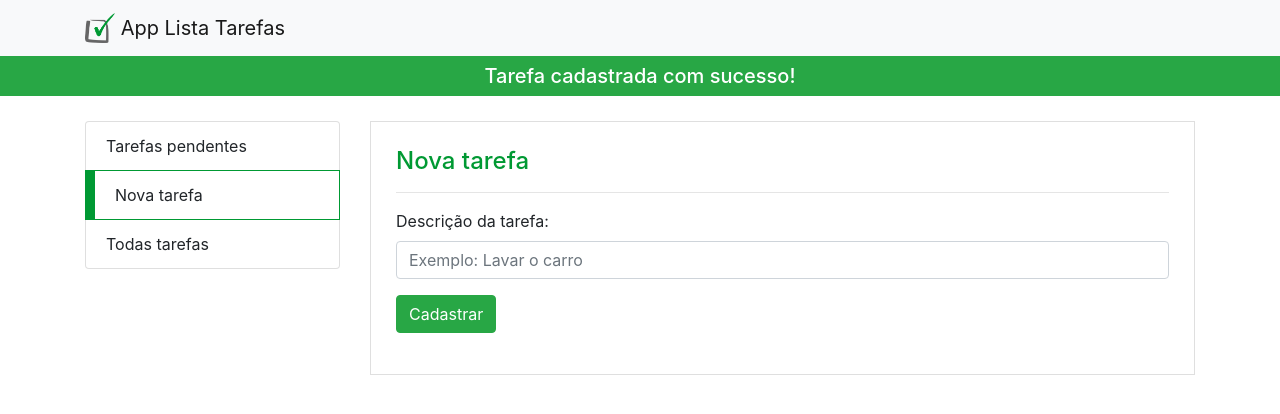
Repository: leobritto-sudo/curso-desenvolvimento-web
Page: http://localhost/nova_tarefa.php
An editor plug-in stored every save of this project. The page is shown before and after the next save, followed by the edit.
The browser window is 1280 px wide. The pictures show the whole page.
Some web libraries are served in a nearby version. The page is run by PHP 8.4 with error messages shown; the project is at /var/www/html/.

Above is the page before, as saved 2021-12-07 11:17:35.

### Seção 14 - PHP com PDO e MySQL/app_lista_tarefas_public/nova_tarefa.php
<html>
	<head>
		<meta charset="utf-8" />
		<meta name="viewport" content="width=device-width, initial-scale=1">
		<title>App Lista Tarefas</title>

		<link rel="stylesheet" href="css/estilo.css">
		<link rel="stylesheet" href="https://stackpath.bootstrapcdn.com/bootstrap/4.1.3/css/bootstrap.min.css" integrity="sha384-MCw98/SFnGE8fJT3GXwEOngsV7Zt27NXFoaoApmYm81iuXoPkFOJwJ8ERdknLPMO" crossorigin="anonymous">
		<link rel="stylesheet" href="https://use.fontawesome.com/releases/v5.3.1/css/all.css" integrity="sha384-mzrmE5qonljUremFsqc01SB46JvROS7bZs3IO2EmfFsd15uHvIt+Y8vEf7N7fWAU" crossorigin="anonymous">
	</head>

	<body>
		<nav class="navbar navbar-light bg-light">
			<div class="container">
				<a class="navbar-brand" href="#">
					<img src="img/logo.png" width="30" height="30" class="d-inline-block align-top" alt="">
					App Lista Tarefas
				</a>
			</div>
		</nav>

		<div class="bg-success pt-2 text-white d-flex justify-content-center">
			<h5>Tarefa cadastrada com sucesso!</h5>
		</div>

		<div class="container app">
			<div class="row">
				<div class="col-md-3 menu">
					<ul class="list-group">
						<li class="list-group-item"><a href="index.php">Tarefas pendentes</a></li>
						<li class="list-group-item active"><a href="#">Nova tarefa</a></li>
						<li class="list-group-item"><a href="todas_tarefas.php">Todas tarefas</a></li>
					</ul>
				</div>

				<div class="col-md-9">
					<div class="container pagina">
						<div class="row">
							<div class="col">
								<h4>Nova tarefa</h4>
								<hr />

								<form method="POST" action="tarefa_controller.php">
									<div class="form-group">
										<label>Descrição da tarefa:</label>
										<input type="text" class="form-control" name="tarefa" placeholder="Exemplo: Lavar o carro">
									</div>

									<button class="btn btn-success">Cadastrar</button>
								</form>
							</div>
						</div>
					</div>
				</div>
			</div>
		</div>
	</body>
</html>

Loaded but not shown: Seção 14 - PHP com PDO e MySQL/app_lista_tarefas_public/css/estilo.css (common file)

After the next save:
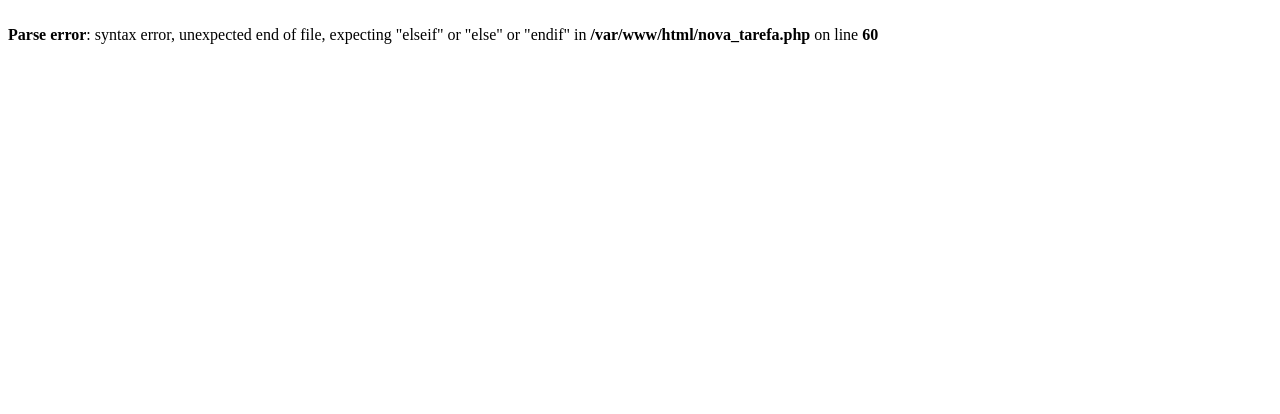
Saved 4 min 45 s later.
--- a/Seção 14 - PHP com PDO e MySQL/app_lista_tarefas_public/nova_tarefa.php
+++ b/Seção 14 - PHP com PDO e MySQL/app_lista_tarefas_public/nova_tarefa.php
@@ -18,6 +18,8 @@
 				</a>
 			</div>
 		</nav>
+
+		<? if(isset($_GET['inclusao']) && $_GET['inclusao'] == 1): ?>
 
 		<div class="bg-success pt-2 text-white d-flex justify-content-center">
 			<h5>Tarefa cadastrada com sucesso!</h5>

After the save that followed:
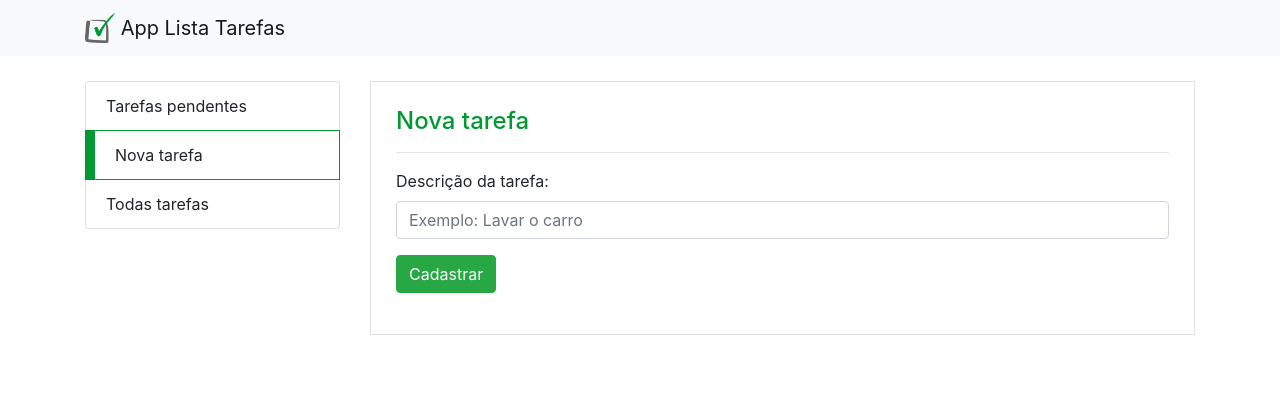
Saved 9 s later.
--- a/Seção 14 - PHP com PDO e MySQL/app_lista_tarefas_public/nova_tarefa.php
+++ b/Seção 14 - PHP com PDO e MySQL/app_lista_tarefas_public/nova_tarefa.php
@@ -24,6 +24,8 @@
 		<div class="bg-success pt-2 text-white d-flex justify-content-center">
 			<h5>Tarefa cadastrada com sucesso!</h5>
 		</div>
+
+		<? endif; ?>
 
 		<div class="container app">
 			<div class="row">
